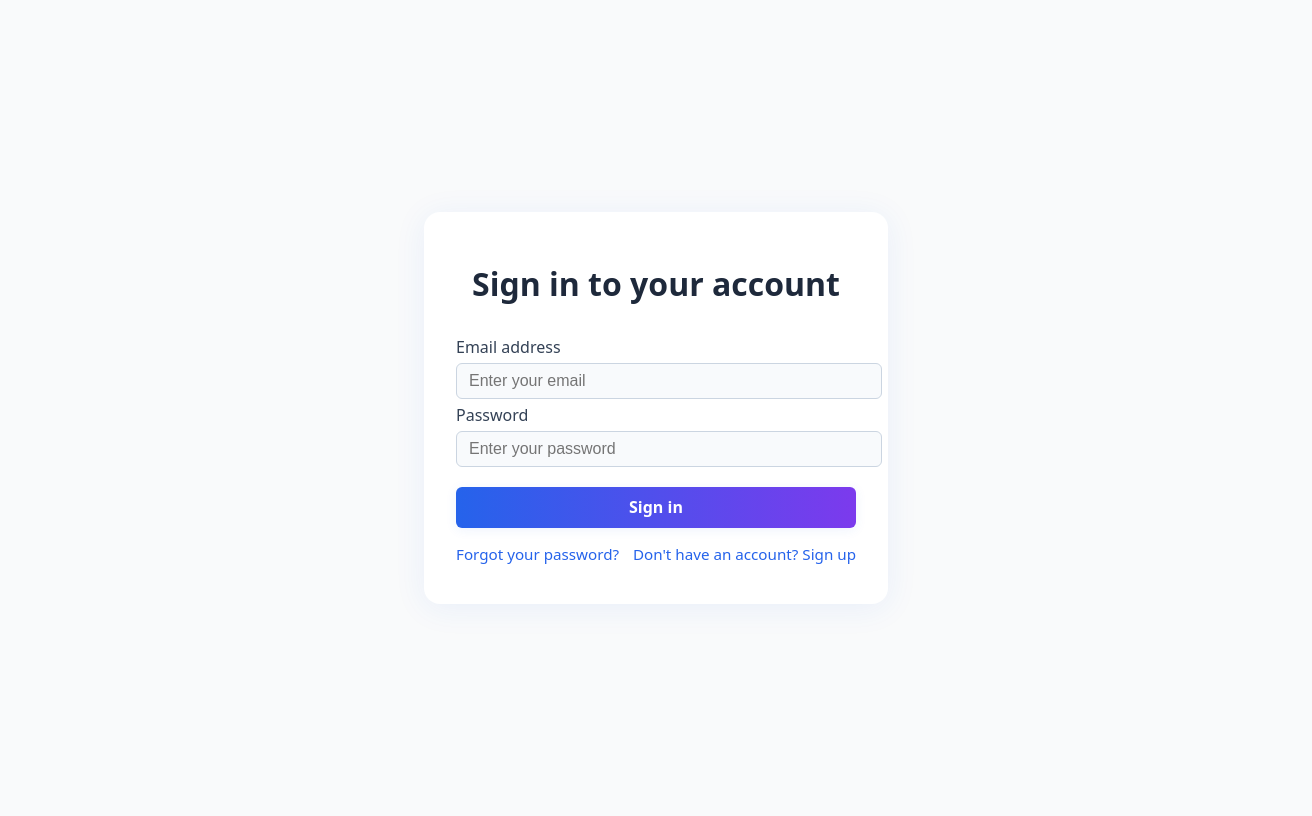
Repository: him021204/Task-Manager
Page: /login (app in client/)
An editor plug-in stored every save of this project. The page is shown before and after the next save, followed by the edit.
The browser window is 1280 px wide. The page is 1312 px wide, then 1280 px, so the pictures cover 1312 px, including what lies to the right of the window. The pictures show the whole page.
The page's requests for data from a server got no answer. The project was rebuilt for these pictures with package versions that can differ from the ones it lists, and the page was loaded fresh each time. Some packages were replaced by stand-ins written for this rebuild. No one was signed in, and anything a server would have sent is missing. Also part of the build but not shown: client/vite.config.js, client/src/pages/Dashboard.css, client/src/pages/Dashboard.jsx, client/src/pages/Register.jsx, client/src/pages/Analytics.jsx, client/src/pages/CalendarView.jsx.

Above is the page before, as saved 2025-06-15 16:54:58.

### client/src/App.jsx
import { BrowserRouter as Router, Routes, Route } from 'react-router-dom';
import { SocketProvider } from './context/SocketContext';
import { AuthProvider } from './context/AuthContext';
import Home from './pages/Home';
import Dashboard from './pages/Dashboard';
import Login from './pages/Login';
import Register from './pages/Register';
import Analytics from './pages/Analytics';
import CalendarView from './pages/CalendarView';
import { ToastContainer } from 'react-toastify';
import 'react-toastify/dist/ReactToastify.css';

const App = () => {
  // You can also remove the dark state if not needed
  // const [dark, setDark] = useState(false);
  return (
    <div className="min-h-screen bg-gray-100 text-black">
      <AuthProvider>
        <SocketProvider>
          <Router>
            <main className="pt-12 px-2 max-w-7xl mx-auto">
              <Routes>
                <Route path="/" element={<Home />} />
                <Route path="/dashboard" element={<Dashboard />} />
                <Route path="/login" element={<Login />} />
                <Route path="/register" element={<Register />} />
                <Route path="/analytics" element={<Analytics />} />
                <Route path="/calendar" element={<CalendarView />} />
              </Routes>
            </main>
          </Router>
          <ToastContainer position="top-right" autoClose={3000} />
        </SocketProvider>
      </AuthProvider>
    </div>
  );
};

export default App;

### client/src/context/SocketContext.jsx
import { createContext, useContext, useEffect } from 'react';
import { socket } from '../utils/socket';

const SocketContext = createContext();

export const SocketProvider = ({ children }) => {
  useEffect(() => {
    return () => socket.disconnect();
  }, []);

  return (
    <SocketContext.Provider value={socket}>
      {children}
    </SocketContext.Provider>
  );
};

export const useSocket = () => useContext(SocketContext);

### client/src/context/AuthContext.jsx
import { createContext, useContext, useEffect, useState } from 'react';
import axios from 'axios';

export const AuthContext = createContext();

export const AuthProvider = ({ children }) => {
  const [user, setUser] = useState(null);
  const [token, setToken] = useState(localStorage.getItem('token'));

  useEffect(() => {
    if (token) {
      axios.defaults.headers.common['Authorization'] = `Bearer ${token}`;
      setUser(JSON.parse(localStorage.getItem('user')));
    }
  }, [token]);

  const login = (data) => {
    localStorage.setItem('token', data.token);
    localStorage.setItem('user', JSON.stringify(data.user));
    setUser(data.user);
    setToken(data.token);
  };

  const logout = () => {
    localStorage.clear();
    setUser(null);
    setToken(null);
  };

  return (
    <AuthContext.Provider value={{ user, login, logout }}>
      {children}
    </AuthContext.Provider>
  );
};

export const useAuth = () => useContext(AuthContext);

### client/src/pages/Login.jsx
import { useState } from 'react';
import './Login.css';

const Login = () => {
  const [form, setForm] = useState({ email: '', password: '' });
  const [errors, setErrors] = useState({});
  const [isLoading, setIsLoading] = useState(false);
  const [serverError, setServerError] = useState('');

  // Handle input changes
  const handleInputChange = (field, value) => {
    setForm((prev) => ({ ...prev, [field]: value }));
    setErrors((prev) => ({ ...prev, [field]: '' }));
  };

  // Handle form submit
  const handleSubmit = (e) => {
    e.preventDefault();
    let newErrors = {};
    if (!form.email) newErrors.email = 'Email is required';
    if (!form.password) newErrors.password = 'Password is required';
    setErrors(newErrors);

    if (Object.keys(newErrors).length > 0) return;

    setIsLoading(true);
    setServerError('');
    // Simulate login
    setTimeout(() => {
      setIsLoading(false);
      if (form.email !== 'test@example.com' || form.password !== 'password') {
        setServerError('Invalid email or password');
      } else {
        setServerError('');
        // Redirect or do something on success
      }
    }, 1200);
  };

  return (
    <div className="login-bg">
      <div className="login-container">
        <h2 className="login-title">Sign in to your account</h2>

        {serverError && (
          <div className="login-alert">{serverError}</div>
        )}

        <form className="space-y-4" onSubmit={handleSubmit}>
          {/* Email Field */}
          <div>
            <label htmlFor="email" className="login-label">
              Email address
            </label>
            <input
              id="email"
              name="email"
              type="email"
              autoComplete="email"
              required
              className={`login-input${errors.email ? ' error' : ''}`}
              placeholder="Enter your email"
              value={form.email}
              onChange={(e) => handleInputChange('email', e.target.value)}
              disabled={isLoading}
            />
            {errors.email && (
              <div className="login-error">{errors.email}</div>
            )}
          </div>

          {/* Password Field */}
          <div>
            <label htmlFor="password" className="login-label">
              Password
            </label>
            <input
              id="password"
              name="password"
              type="password"
              autoComplete="current-password"
              required
              className={`login-input${errors.password ? ' error' : ''}`}
              placeholder="Enter your password"
              value={form.password}
              onChange={(e) => handleInputChange('password', e.target.value)}
              disabled={isLoading}
            />
            {errors.password && (
              <div className="login-error">{errors.password}</div>
            )}
          </div>

          {/* Submit Button */}
          <button
            type="submit"
            disabled={isLoading}
            className="login-btn"
          >
            {isLoading ? (
              <>
                <svg className="animate-spin -ml-1 mr-3 h-5 w-5 text-white" xmlns="http://www.w3.org/2000/svg" fill="none" viewBox="0 0 24 24">
                  <circle className="opacity-25" cx="12" cy="12" r="10" stroke="currentColor" strokeWidth="4"></circle>
                  <path className="opacity-75" fill="currentColor" d="M4 12a8 8 0 018-8V0C5.373 0 0 5.373 0 12h4zm2 5.291A7.962 7.962 0 014 12H0c0 3.042 1.135 5.824 3 7.938l3-2.647z"></path>
                </svg>
                Signing in...
              </>
            ) : (
              'Sign in'
            )}
          </button>
        </form>

        {/* Additional Links */}
        <div className="login-links">
          <button className="login-link-btn" type="button">
            Forgot your password?
          </button>
          <button className="login-link-btn" type="button">
            Don't have an account? Sign up
          </button>
        </div>
      </div>
    </div>
  );
};

export default Login;

### client/src/pages/Login.css
.login-bg {
  min-height: 100vh;
  width: 100vw;
  display: flex;
  align-items: center;
  justify-content: center;
  background: #f9fafb;
  padding: 3rem 1rem;
}

.login-container {
  width: 100%;
  max-width: 400px;
  background: #fff;
  border-radius: 1rem;
  box-shadow: 0 4px 32px rgba(37, 99, 235, 0.08);
  padding: 2.5rem 2rem;
  margin: 0 auto;
}

.login-title {
  margin-top: 0.5rem;
  text-align: center;
  font-size: 2rem;
  font-weight: 800;
  color: #1e293b;
}

.login-alert {
  background: #fef2f2;
  border: 1px solid #fecaca;
  color: #dc2626;
  padding: 0.75rem 1rem;
  border-radius: 0.5rem;
  font-size: 0.95rem;
  margin-bottom: 1rem;
  text-align: center;
}

.login-label {
  display: block;
  font-size: 1rem;
  font-weight: 500;
  color: #334155;
  margin-bottom: 0.25rem;
}

.login-input {
  width: 100%;
  padding: 0.5rem 0.75rem;
  border: 1px solid #cbd5e1;
  border-radius: 0.375rem;
  font-size: 1rem;
  color: #1e293b;
  background: #f8fafc;
  margin-bottom: 0.25rem;
  transition: border 0.2s;
}

.login-input:focus {
  outline: none;
  border-color: #2563eb;
  background: #fff;
}

.login-input.error {
  border-color: #f87171;
  background: #fef2f2;
}

.login-error {
  color: #dc2626;
  font-size: 0.95rem;
  margin-bottom: 0.5rem;
}

.login-btn {
  width: 100%;
  display: flex;
  justify-content: center;
  align-items: center;
  padding: 0.6rem 0;
  background: linear-gradient(90deg, #2563eb, #7c3aed);
  color: #fff;
  font-weight: 600;
  font-size: 1rem;
  border: none;
  border-radius: 0.375rem;
  margin-top: 1rem;
  margin-bottom: 1rem;
  cursor: pointer;
  transition: background 0.2s, box-shadow 0.2s;
  box-shadow: 0 2px 12px rgba(37, 99, 235, 0.08);
}

.login-btn:disabled {
  background: #cbd5e1;
  cursor: not-allowed;
}

.login-links {
  display: flex;
  justify-content: space-between;
  align-items: center;
  margin-top: 0.5rem;
}

.login-link-btn {
  background: none;
  border: none;
  color: #2563eb;
  font-weight: 500;
  font-size: 0.95rem;
  cursor: pointer;
  padding: 0;
  transition: color 0.2s;
}

.login-link-btn:hover {
  color: #7c3aed;
}

Loaded but not shown: client/index.html (common file); client/src/main.jsx (common file); client/src/index.css (common file); client/src/utils/socket.js (2 lines, source omitted); client/src/pages/Home.jsx (501 lines, source omitted)

After the next save:
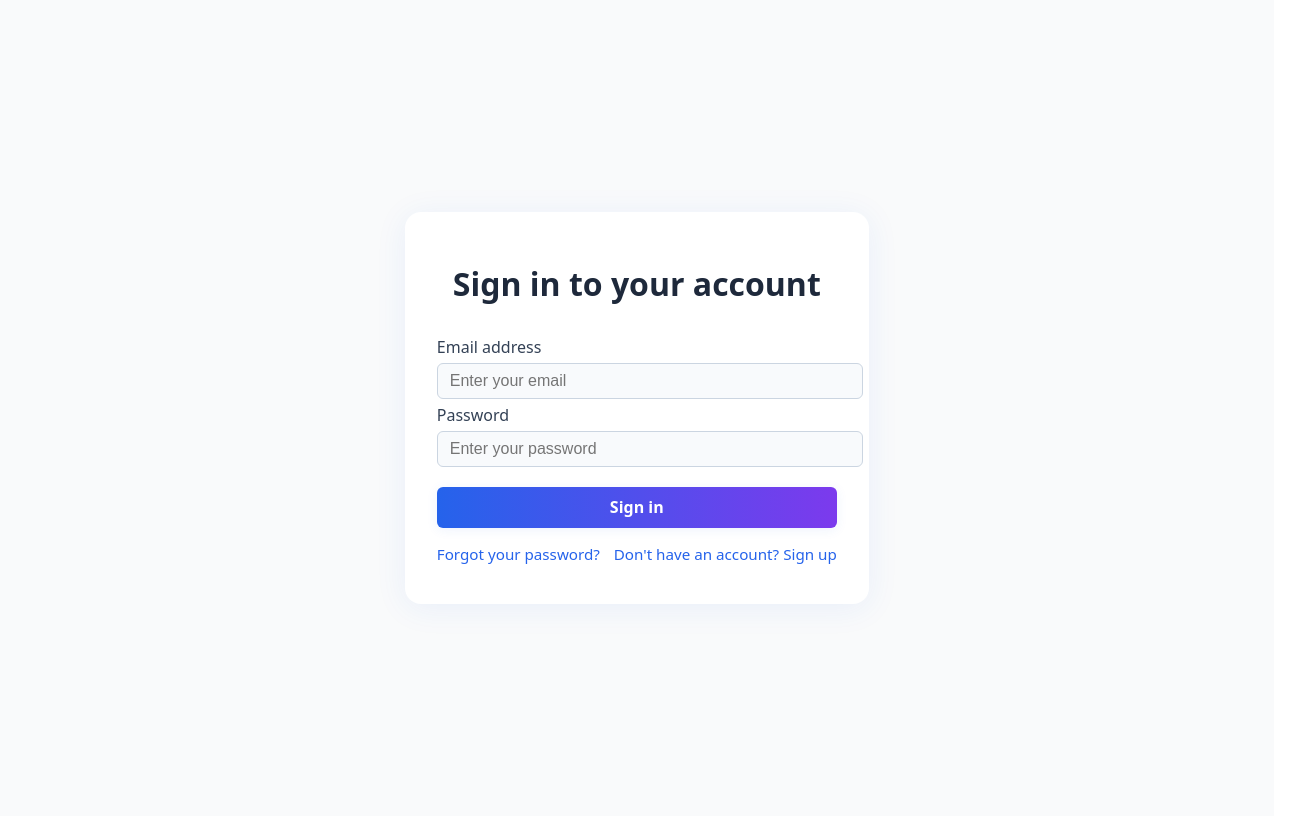
Saved 14 s later.
--- a/client/src/pages/Login.css
+++ b/client/src/pages/Login.css
@@ -1,6 +1,6 @@
 .login-bg {
   min-height: 100vh;
-  width: 100vw;
+  width: 97vw;
   display: flex;
   align-items: center;
   justify-content: center;
